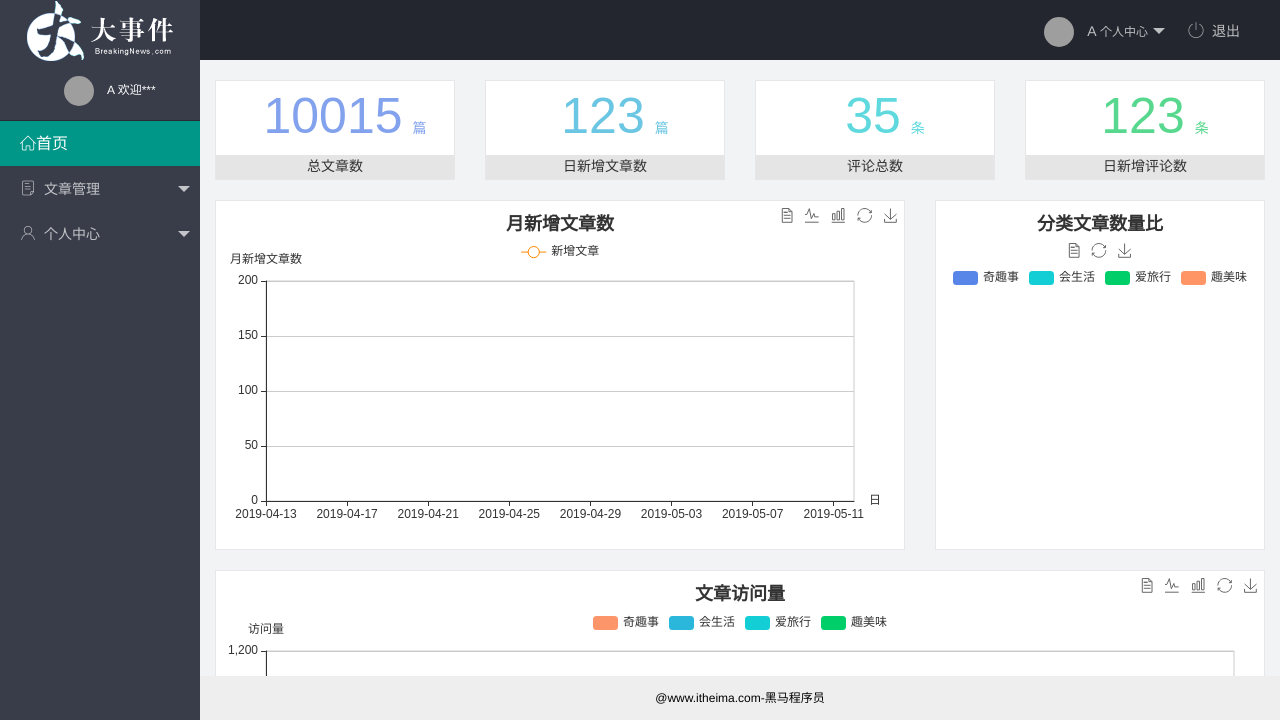
Repository: Janshen111/web_bigevent
Page: index.html
An editor plug-in stored every save of this project. The page is shown before and after the next save, followed by the edit.
The browser window is 1280 px wide. The pictures show the whole page.
Pictures or frames that could not be fetched are drawn as grey boxes.

Above is the page before, as saved 2022-08-31 16:20:35.

### index.html
<!DOCTYPE html>
<html lang="en">

<head>
    <meta charset="UTF-8">
    <meta http-equiv="X-UA-Compatible" content="IE=edge">
    <meta name="viewport" content="width=device-width, initial-scale=1.0">
    <title>Document</title>
    <!-- 导入laYui的样式 -->
    <link rel="stylesheet" href="./assets/lib/layui/css/layui.css">
    <!-- 第三方图标样式表 -->
    <link rel="stylesheet" href="./assets/fonts/iconfont.css">
    <!-- 导入自己的样式表 -->
    <link rel="stylesheet" href="./assets/css/index.css">
    <script src=""></script>
</head>

<body>
    <div class="layui-layout layui-layout-admin">
        <div class="layui-header">
            <div class="layui-logo layui-hide-xs layui-bg-black">
                <img src="./assets/images/logo.png" alt="" />
            </div>
            <!-- 头部区域（可配合layui 已有的水平导航） -->
            <dl class="layui-nav-child">
                <dd><a href="">menu 11</a></dd>
                <dd><a href="">menu 22</a></dd>
                <dd><a href="">menu 33</a></dd>
            </dl>
            </li>
            </ul>
            <ul class="layui-nav layui-layout-right">
                <li class="layui-nav-item layui-hide layui-show-md-inline-block">
                    <a href="javascript:;" class="userinfo">
                        <img src="//tva1.sinaimg.cn/crop.0.0.118.118.180/5db11ff4gw1e77d3nqrv8j203b03cweg.jpg" class="layui-nav-img">
                        <span class="text-avatar">A</span> 个人中心
                    </a>
                    <dl class="layui-nav-child">
                        <dd><a href="">基本资料</a></dd>
                        <dd><a href="">更换头像</a></dd>
                        <dd><a href="">重置密码</a></dd>
                    </dl>
                </li>
                <li class="layui-nav-item">
                    <a href="javascript:;">
                        <span class="iconfont icon-tuichu"></span>退出
                    </a>
                </li>
            </ul>
        </div>

        <div class="layui-side layui-bg-black">
            <div class="layui-side-scroll">
                <div class="userinfo">
                    <img src="//tva1.sinaimg.cn/crop.0.0.118.118.180/5db11ff4gw1e77d3nqrv8j203b03cweg.jpg" class="layui-nav-img">
                    <span class="text-avatar">A</span>
                    <span id="welcome">欢迎***</span>
                </div>
                <!-- 左侧导航区域（可配合layui已有的垂直导航） -->
                <ul class="layui-nav layui-nav-tree " lay-shrink="all">
                    <li class="layui-nav-item layui-this">
                        <a href="./home/dashboard.html" target="fm" class="iconfont icon-home"></span>首页</a>
                    </li>
                    <!-- 默认展开layui-nav-itemed -->
                    <li class="layui-nav-item">
                        <a class="" href="javascript:;"><span class="iconfont icon-16"></span>文章管理</a>
                        <dl class="layui-nav-child">
                            <dd><a href="javascript:;"><i class="layui-icon layui-icon-app"></i>文章类别</a></dd>
                            <dd><a href="javascript:;"><i class="layui-icon layui-icon-app"></i>   文章列表</a></dd>
                            <dd><a href="javascript:;"><i class="layui-icon layui-icon-app"></i>   发布文章</a></dd>
                        </dl>
                    </li>
                    <li class="layui-nav-item">
                        <a href="javascript:;"><span class="iconfont icon-user"></span>个人中心</a>
                        <dl class="layui-nav-child">
                            <dd><a href="javascript:;"><i class="layui-icon layui-icon-app"></i>   基本资料</a></dd>
                            <dd><a href="javascript:;"><i class="layui-icon layui-icon-app"></i>   更换头像</a></dd>
                            <dd><a href="javascript:;"><i class="layui-icon layui-icon-app"></i>   重置密码</a></dd>
                        </dl>
                    </li>
                </ul>
            </div>
        </div>

        <div class="layui-body">
            <!-- 内容主体区域 -->
            <iframe src="/home/dashboard.html" name="fm" frameborder="0"></iframe>
        </div>

        <div class="layui-footer">
            <!-- 底部固定区域 -->
            @www.itheima.com-黑马程序员
        </div>
    </div>
    <!-- 导入laYui的JS文件 -->
    <script src="./assets/lib/layui/layui.all.js"></script>
</body>

</html>

### assets/css/index.css
.layui-footer {
    text-align: center;
    font-size: 12px;
}

.iconfont {
    margin-right: 8px;
}

.layui-icon {
    margin-right: 8px;
    margin-left: 20px;
}

iframe {
    width: 100%;
    height: 100%;
}


/* 解决内部有滚动条及显示不齐全的问题 */

.layui-body {
    overflow: hidden;
}


/* 左侧导航栏的 强制清除 cs3 transition动画的 */

a {
    transition: none!important;
}

.userinfo {
    height: 60px;
    line-height: 60px;
    text-align: center;
    font-size: 12px;
    /* 禁止内容被选中 */
    user-select: none;
}

.layui-side-scroll .userinfo {
    border-bottom: 1px solid #282b33;
}

### home/dashboard.html
<!DOCTYPE html>
<html lang="en">

<head>
  <meta charset="UTF-8">
  <meta name="viewport" content="width=device-width, initial-scale=1.0">
  <meta http-equiv="X-UA-Compatible" content="ie=edge">
  <title>图表统计</title>
  <link rel="stylesheet" href="../assets/lib/bootstrap.css" />
  <link rel="stylesheet" href="../assets/lib/main.css" />
  <script src="../assets/lib/jquery.js"></script>
  <script type="text/javascript" src="../assets/lib/echarts.min.js"></script>
</head>

<body>
  <div class="container-fluid">
    <div class="row spannel_list">
      <div class="col-sm-3 col-xs-6">
        <div class="spannel">
          <em>10015</em><span>篇</span>
          <b>总文章数</b>
        </div>
      </div>
      <div class="col-sm-3 col-xs-6">
        <div class="spannel scolor01">
          <em>123</em><span>篇</span>
          <b>日新增文章数</b>
        </div>
      </div>
      <div class="col-sm-3 col-xs-6">
        <div class="spannel scolor02">
          <em>35</em><span>条</span>
          <b>评论总数</b>
        </div>
      </div>
      <div class="col-sm-3 col-xs-6">
        <div class="spannel scolor03">
          <em>123</em><span>条</span>
          <b>日新增评论数</b>
        </div>
      </div>
    </div>
  </div>

  <div class="container-fluid">
    <div class="row curve-pie">
      <div class="col-lg-8 col-md-8">
        <div class="gragh_pannel" id="curve_show"></div>
      </div>
      <div class="col-lg-4 col-md-4">
        <div class="gragh_pannel" id="pie_show"></div>
      </div>
    </div>
  </div>

  <div class="container-fluid">
    <div class="column_pannel" id="column_show"></div>
  </div>

  <script>
    var oChart = echarts.init(document.getElementById('curve_show'));
    var aList_all = [
      { 'count': 36, 'date': '2019-04-13' },
      { 'count': 52, 'date': '2019-04-14' },
      { 'count': 78, 'date': '2019-04-15' },
      { 'count': 85, 'date': '2019-04-16' },
      { 'count': 65, 'date': '2019-04-17' },
      { 'count': 72, 'date': '2019-04-18' },
      { 'count': 88, 'date': '2019-04-19' },
      { 'count': 64, 'date': '2019-04-20' },
      { 'count': 72, 'date': '2019-04-21' },
      { 'count': 90, 'date': '2019-04-22' },
      { 'count': 96, 'date': '2019-04-23' },
      { 'count': 100, 'date': '2019-04-24' },
      { 'count': 102, 'date': '2019-04-25' },
      { 'count': 110, 'date': '2019-04-26' },
      { 'count': 123, 'date': '2019-04-27' },
      { 'count': 100, 'date': '2019-04-28' },
      { 'count': 132, 'date': '2019-04-29' },
      { 'count': 146, 'date': '2019-04-30' },
      { 'count': 200, 'date': '2019-05-01' },
      { 'count': 180, 'date': '2019-05-02' },
      { 'count': 163, 'date': '2019-05-03' },
      { 'count': 110, 'date': '2019-05-04' },
      { 'count': 80, 'date': '2019-05-05' },
      { 'count': 82, 'date': '2019-05-06' },
      { 'count': 70, 'date': '2019-05-07' },
      { 'count': 65, 'date': '2019-05-08' },
      { 'count': 54, 'date': '2019-05-09' },
      { 'count': 40, 'date': '2019-05-10' },
      { 'count': 45, 'date': '2019-05-11' },
      { 'count': 38, 'date': '2019-05-12' },
    ];

    let aCount = [];
    let aDate = [];

    for (var i = 0; i < aList_all.length; i++) {
      aCount.push(aList_all[i].count);
      aDate.push(aList_all[i].date);
    }

    var chartopt = {
      title: {
        text: '月新增文章数',
        left: 'center',
        top: '10'
      },
      tooltip: {
        trigger: 'axis'
      },
      legend: {
        data: ['新增文章'],
        top: '40'
      },
      toolbox: {
        show: true,
        feature: {
          mark: { show: true },
          dataView: { show: true, readOnly: false },
          magicType: { show: true, type: ['line', 'bar'] },
          restore: { show: true },
          saveAsImage: { show: true }
        }
      },
      calculable: true,
      xAxis: [
        {
          name: '日',
          type: 'category',
          boundaryGap: false,
          data: aDate
        }
      ],
      yAxis: [
        {
          name: '月新增文章数',
          type: 'value'
        }
      ],
      series: [
        {
          name: '新增文章',
          type: 'line',
          smooth: true,
          itemStyle: { normal: { areaStyle: { type: 'default' }, color: '#f80' }, lineStyle: { color: '#f80' } },
          data: aCount
        }],
      areaStyle: {
        normal: {
          color: new echarts.graphic.LinearGradient(0, 0, 0, 1, [{
            offset: 0,
            color: 'rgba(255,136,0,0.39)'
          }, {
            offset: .34,
            color: 'rgba(255,180,0,0.25)'
          }, {
            offset: 1,
            color: 'rgba(255,222,0,0.00)'
          }])

        }
      },
      grid: {
        show: true,
        x: 50,
        x2: 50,
        y: 80,
        height: 220
      }
    };

    oChart.setOption(chartopt);


    var oPie = echarts.init(document.getElementById('pie_show'));
    var oPieopt =
    {
      title: {
        top: 10,
        text: '分类文章数量比',
        x: 'center'
      },
      tooltip: {
        trigger: 'item',
        formatter: "{a} <br/>{b} : {c} ({d}%)"
      },
      color: ['#5885e8', '#13cfd5', '#00ce68', '#ff9565'],
      legend: {
        x: 'center',
        top: 65,
        data: ['奇趣事', '会生活', '爱旅行', '趣美味']
      },
      toolbox: {
        show: true,
        x: 'center',
        top: 35,
        feature: {
          mark: { show: true },
          dataView: { show: true, readOnly: false },
          magicType: {
            show: true,
            type: ['pie', 'funnel'],
            option: {
              funnel: {
                x: '25%',
                width: '50%',
                funnelAlign: 'left',
                max: 1548
              }
            }
          },
          restore: { show: true },
          saveAsImage: { show: true }
        }
      },
      calculable: true,
      series: [
        {
          name: '访问来源',
          type: 'pie',
          radius: ['45%', '60%'],
          center: ['50%', '65%'],
          data: [
            { value: 300, name: '奇趣事' },
            { value: 100, name: '会生活' },
            { value: 260, name: '爱旅行' },
            { value: 180, name: '趣美味' }
          ]
        }
      ]
    };
    oPie.setOption(oPieopt);



    var oColumn = this.echarts.init(document.getElementById('column_show'));
    var oColumnopt =
    {
      title: {
        text: '文章访问量',
        left: 'center',
        top: '10'
      },
      tooltip: {
        trigger: 'axis'
      },
      legend: {
        data: ['奇趣事', '会生活', '爱旅行', '趣美味'],
        top: '40'
      },
      toolbox: {
        show: true,
        feature: {
          mark: { show: true },
          dataView: { show: true, readOnly: false },
          magicType: { show: true, type: ['line', 'bar'] },
          restore: { show: true },
          saveAsImage: { show: true }
        }
      },
      calculable: true,
      xAxis: [
        {
          type: 'category',
          data: ['1月', '2月', '3月', '4月', '5月']
        }
      ],
      yAxis: [
        {
          name: '访问量',
          type: 'value'
        }
      ],
      series: [
        {
          name: '奇趣事',
          type: 'bar',
          barWidth: 20,
          itemStyle: {
            normal: { areaStyle: { type: 'default' }, color: '#fd956a' }
          },
          data: [800, 708, 920, 1090, 1200]
        },
        {
          name: '会生活',
          type: 'bar',
          barWidth: 20,
          itemStyle: {
            normal: { areaStyle: { type: 'default' }, color: '#2bb6db' }
          },
          data: [400, 468, 520, 690, 800]
        },
        {
          name: '爱旅行',
          type: 'bar',
          barWidth: 20,
          itemStyle: {
            normal: { areaStyle: { type: 'default' }, color: '#13cfd5' }
          },
          data: [500, 668, 520, 790, 900]
        },
        {
          name: '趣美味',
          type: 'bar',
          barWidth: 20,
          itemStyle: {
            normal: { areaStyle: { type: 'default' }, color: '#00ce68' }
          },
          data: [600, 508, 720, 890, 1000]
        }
      ],
      grid: {
        show: true,
        x: 50,
        x2: 30,
        y: 80,
        height: 260
      },
      dataZoom: [//给x轴设置滚动条
        {
          start: 0,//默认为0
          end: 100 - 1000 / 31,//默认为100
          type: 'slider',
          show: true,
          xAxisIndex: [0],
          handleSize: 0,//滑动条的 左右2个滑动条的大小
          height: 8,//组件高度
          left: 45, //左边的距离
          right: 50,//右边的距离
          bottom: 26,//右边的距离
          handleColor: '#ddd',//h滑动图标的颜色
          handleStyle: {
            borderColor: "#cacaca",
            borderWidth: "1",
            shadowBlur: 2,
            background: "#ddd",
            shadowColor: "#ddd",
          }
        }]
    };
    oColumn.setOption(oColumnopt);
  </script>
</body>

</html>

Loaded but not shown: assets/lib/layui/css/layui.css (library); assets/fonts/iconfont.css (common file); assets/lib/layui/layui.all.js (library); assets/lib/bootstrap.css (library); assets/lib/main.css (library); assets/lib/jquery.js (library); assets/lib/echarts.min.js (library); assets/lib/layui/css/modules/laydate/default/laydate.css (library); assets/lib/layui/css/modules/layer/default/layer.css (library); assets/lib/layui/css/modules/code.css (common file)

After the next save:
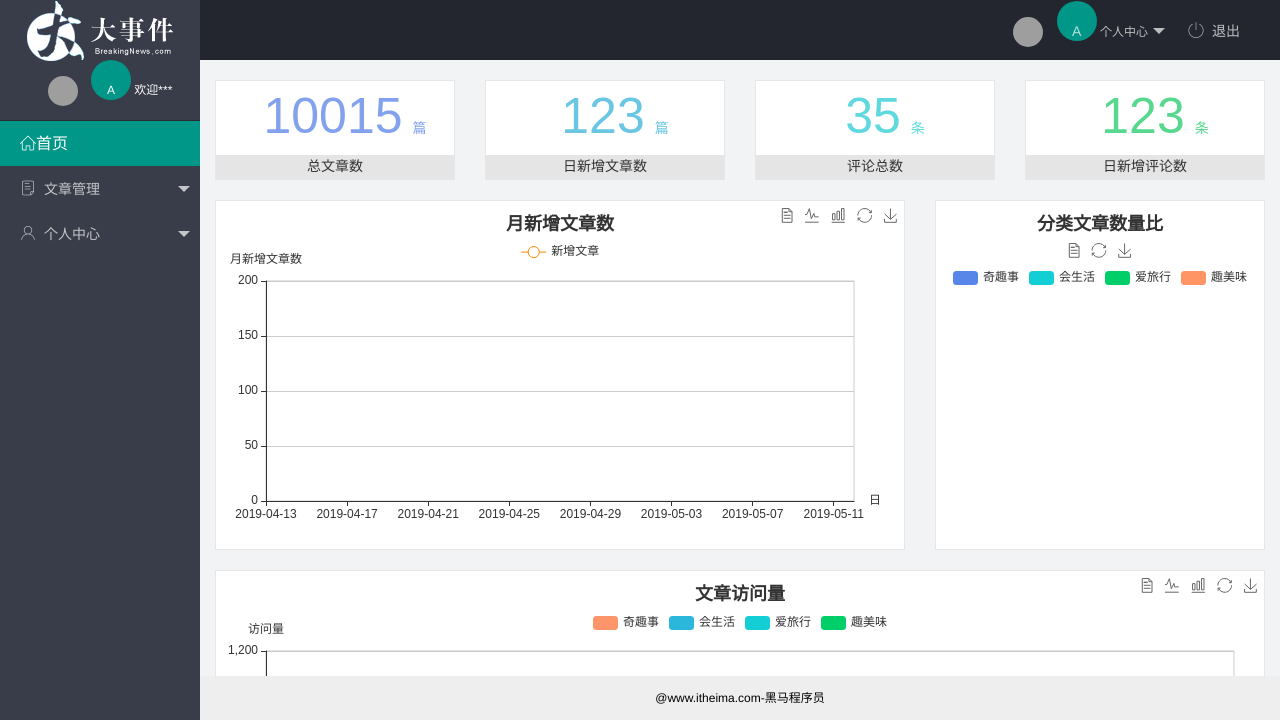
Saved 80 s later.
--- a/assets/css/index.css
+++ b/assets/css/index.css
@@ -43,3 +43,11 @@ a {
 .layui-side-scroll .userinfo {
     border-bottom: 1px solid #282b33;
 }
+
+.text-avatar {
+    display: inline-block;
+    width: 40px;
+    height: 40px;
+    background-color: #009688;
+    border-radius: 50%;
+}
